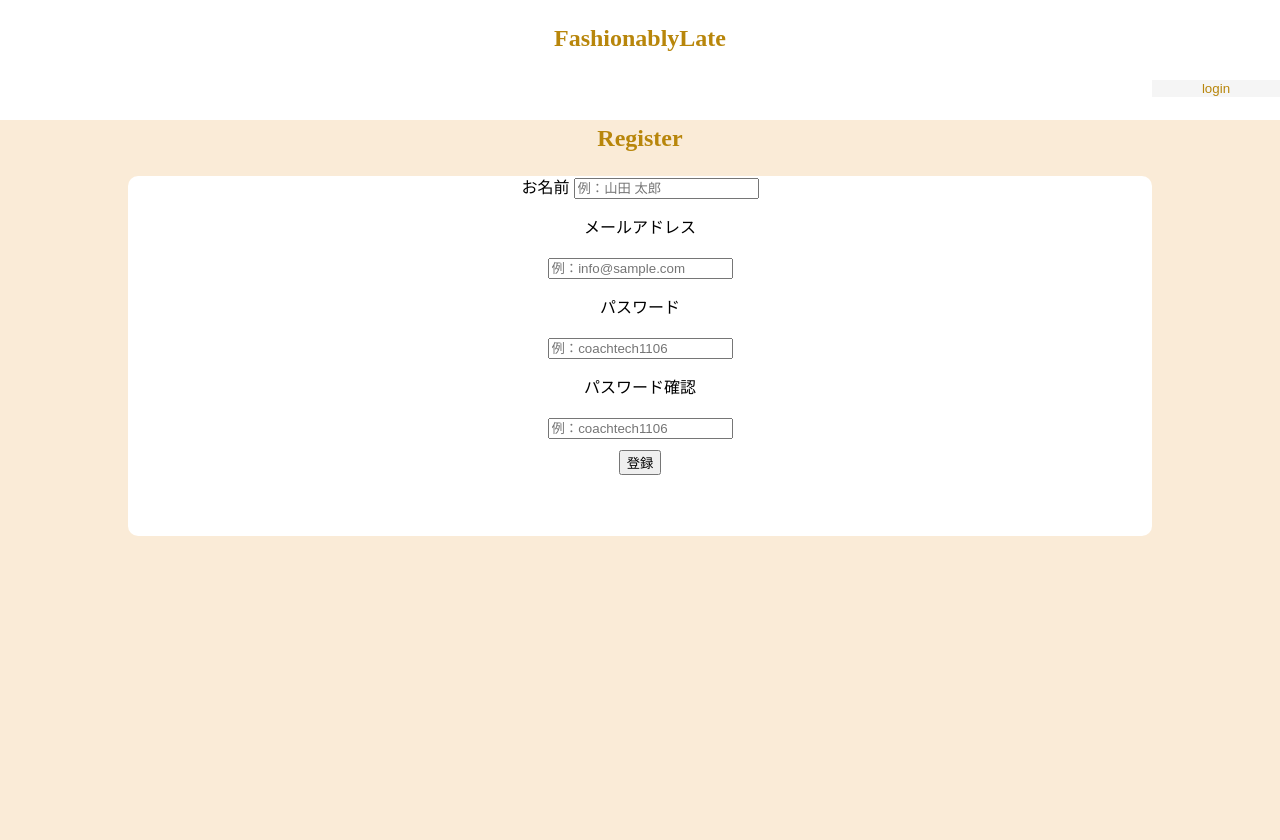
Repository: tokisiro/test-form
Page: http://localhost/register
These files come from the project's save history. The page is drawn as it stood at one moment and after the next save; the edit follows.
The browser window is 1280 px wide. The pictures show the whole page.
The page is served by the project's Laravel application, run on PHP 8.4 with Laravel 8. A made-up administrator, Test User (test@example.com), is signed in. Other server files are loaded and not shown.

Above is the page before, as saved 2025-05-07 21:00:27.

### src/routes/web.php
<?php

use Illuminate\Support\Facades\Route;
use App\Http\Controllers\ContactController;
use App\Http\Controllers\UsersController;
use Laravel\Fortify\Http\Controllers\AuthenticatedSessionController;
use Laravel\Fortify\Http\Controllers\RegisteredUserController;
/*
|--------------------------------------------------------------------------
| Web Routes
|--------------------------------------------------------------------------
|
| Here is where you can register web routes for your application. These
| routes are loaded by the RouteServiceProvider within a group which
| contains the "web" middleware group. Now create something great!
|
*/

Route::get('/',[ContactController::class, 'index']);
Route::post('/confirm',[ContactController::class, 'confirm']);
Route::post('/create',[ContactController::class, 'create']);

Route::post('/admin',[UsersController::class, 'admin']);
Route::get('/register',[UsersController::class, 'register']);




Route::middleware('auth')->group(function () {
    Route::get('/admin', [UsersController::class, 'admin']);
});

### src/app/Models/User.php
<?php

namespace App\Models;

use Illuminate\Contracts\Auth\MustVerifyEmail;
use Illuminate\Database\Eloquent\Factories\HasFactory;
use Illuminate\Foundation\Auth\User as Authenticatable;
use Illuminate\Notifications\Notifiable;
use Laravel\Sanctum\HasApiTokens;

class User extends Authenticatable
{
    use HasApiTokens, HasFactory, Notifiable;
    protected $table = 'users';

    /**
     * The attributes that are mass assignable.
     *
     * @var array<int, string>
     */
    protected $fillable = [
        'name',
        'email',
        'password',
        'remember_token',
    ];

    /**
     * The attributes that should be hidden for serialization.
     *
     * @var array<int, string>
     */
    protected $hidden = [
        'password',
        'remember_token',
    ];

    /**
     * The attributes that should be cast.
     *
     * @var array<string, string>
     */
    protected $casts = [
        'email_verified_at' => 'datetime',
    ];

    public function contacts()
{
    return $this->hasMany(Contact::class);
}
}

### src/app/Http/Controllers/UsersController.php
<?php

namespace App\Http\Controllers;

use App\Models\Category;
use App\Models\Contact;
use App\Models\User;
use Illuminate\Http\Request;
use App\Http\Requests\RegisterUserRequest;

//管理者用
class UsersController extends Controller
{
    public function register(){
        return view('register');
    }
    public function create(RegisterUserRequest $request){
        $form = $request->all();
        User::create($form);
        return view('login');
    }
    public function login(){
        return view('login');
    }
    public function admin(){


        $contacts = Contact::all()->map(function($contact) {
        switch($contact->gender) {
        case 1:
            $contact->gender_text = '男性';
            break;
        case 2:
            $contact->gender_text = '女性';
            break;
        case 3:
            $contact->gender_text = 'その他';
            break;
        default:
            $contact->gender_text = '';
            break;
        }
        // お問い合わせ内容を変換
        switch($contact->category_id) {
        case 1:
            $contact->category_name = '商品のお届けについて';
            break;
        case 2:
            $contact->category_name = '商品の交換について';
            break;
        case 3:
            $contact->category_name = '商品トラブル';
            break;
        case 4:
            $contact->category_name = 'ショップへのお問い合わせ';
            break;
        case 5:
            $contact->category_name = 'その他';
            break;
        default:
            $contact->category_name = '';
            break;
        }
        return $contact;
    });

    // もしももともと contacts がなければ空のコレクションを設定
    if ($contacts->isEmpty()) {
        $contacts = collect();
    }

    // ビューに渡す
    return view('admin', ['contacts' => $contacts]);


    }
}

### src/resources/views/register.blade.php
<!DOCTYPE html>
<html lang="ja">
<head>
    <meta charset="UTF-8">
    <meta http-equiv="X-UA-Compatible" content="IE=edge">
    <meta name="viewport" content="width=device-width, initial-scale=1.0">
    <title>FashionablyLate</title>
    <link rel="stylesheet" href="css/sanitize.css" />
    <link rel="stylesheet" href="css/register.css" />
</head>
<body>
    <!--ユーザー登録ページ-->
    <header class="header">
        <div class="header__inner">
            <a class="header__logo" href="/">
                FashionablyLate
            </a>
        </div>
        <div class="header__button">
            <a  href="/login">
                <button class="header__button-item">
                    login
                </button>
            </a>
        </div>
    </header>
    <main>
        <div class="register-form">
            <div class="register-form__title">
                <h2>Register</h2>
            </div>
            <div class="register-form__content">
                    <div class="register-form__content-item">
                        <form action="/register" method="post">
                            @csrf
                            @if (count($errors) > 0)
                            <ul>
                                @foreach ($errors->all() as $error)
                                    <li>{{$error}}</li>
                                @endforeach
                            </ul>
                        @endif
                        <div class="register-form__content-input">
                            <label>お名前</label>
                            <input type="text" name="name" value="{{ old('name') }}" placeholder="例：山田 太郎">
                        </div>
                        <div class="register-form__content-input">
                            <p>メールアドレス</p>
                            <input type="email" name="email" value="{{ old('email') }}" placeholder="例：info@sample.com">
                        </div>
                        <div class="register-form__content-input">
                            <p>パスワード</p>
                            <input type="password" name="password" placeholder="例：coachtech1106">
                        </div>
                        <div class="register-form__content-input">
                            <p>パスワード確認</p>
                            <input type="password" name="password_confirmation" placeholder="例：coachtech1106">
                        </div>
                            <div class="register-form__button">
                            <button class="register-form__button-submit" type="submit">
                                登録
                            </button>
                        </div>
                        </form>
                    </div>
                <!--ボタン類を記述-->
                </div>
            </div>
        </div>
    </main>
</body>
</html>

### src/public/css/sanitize.css
/* Document
* ========================================================================== */

/**
* Add border box sizing in all browsers (opinionated).
*/

*,
::before,
::after {
    box-sizing: border-box;
}

/**
* 1. Add text decoration inheritance in all browsers (opinionated).
* 2. Add vertical alignment inheritance in all browsers (opinionated).
*/

::before,
::after {
    vertical-align: inherit;
    /* 2 */
    text-decoration: inherit;
    /* 1 */
}

/**
* 1. Use the default cursor in all browsers (opinionated).
* 2. Change the line height in all browsers (opinionated).
* 3. Use a 4-space tab width in all browsers (opinionated).
* 4. Remove the grey highlight on links in iOS (opinionated).
* 5. Prevent adjustments of font size after orientation changes in
*    IE on Windows Phone and in iOS.
* 6. Breaks words to prevent overflow in all browsers (opinionated).
*/

html {
    word-break: break-word;
    /* 6 */
    -moz-tab-size: 4;
    /* 3 */
    tab-size: 4;
    /* 3 */
    line-height: 1.5;
    /* 2 */
    cursor: default;
    /* 1 */

    -webkit-tap-highlight-color: transparent
        /* 4 */
    ;
    -ms-text-size-adjust: 100%;
    /* 5 */
    -webkit-text-size-adjust: 100%;
    /* 5 */
}

/* Sections
* ========================================================================== */

/**
* Remove the margin in all browsers (opinionated).
*/

body {
    margin: 0;
}

/**
* Correct the font size and margin on `h1` elements within `section` and
* `article` contexts in Chrome, Edge, Firefox, and Safari.
*/

h1 {
    margin: 0.67em 0;
    font-size: 2em;
}

/* Grouping content
* ========================================================================== */

/**
* Remove the margin on nested lists in Chrome, Edge, IE, and Safari.
*/

dl dl,
dl ol,
dl ul,
ol dl,
ul dl {
    margin: 0;
}

/**
* Remove the margin on nested lists in Edge 18- and IE.
*/

ol ol,
ol ul,
ul ol,
ul ul {
    margin: 0;
}

/**
* 1. Add the correct sizing in Firefox.
* 2. Show the overflow in Edge 18- and IE.
*/

hr {
    overflow: visible;
    /* 2 */
    height: 0;
    /* 1 */
}

/**
* Add the correct display in IE.
*/

main {
    display: block;
}

/**
* Remove the list style on navigation lists in all browsers (opinionated).
*/

nav ol,
nav ul {
    padding: 0;
    list-style: none;
}

/**
* 1. Correct the inheritance and scaling of font size in all browsers.
* 2. Correct the odd `em` font sizing in all browsers.
*/

pre {
    font-size: 1em;
    /* 2 */
    font-family: monospace, monospace;
    /* 1 */
}

/* Text-level semantics
* ========================================================================== */

/**
* Remove the gray background on active links in IE 10.
*/

a {
    background-color: transparent;
}

/**
* Add the correct text decoration in Edge 18-, IE, and Safari.
*/

abbr[title] {
    text-decoration: underline;
    text-decoration: underline dotted;
}

/**
* Add the correct font weight in Chrome, Edge, and Safari.
*/

b,
strong {
    font-weight: bolder;
}

/**
* 1. Correct the inheritance and scaling of font size in all browsers.
* 2. Correct the odd `em` font sizing in all browsers.
*/

code,
kbd,
samp {
    font-size: 1em;
    /* 2 */
    font-family: monospace, monospace;
    /* 1 */
}

/**
* Add the correct font size in all browsers.
*/

small {
    font-size: 80%;
}

/* Embedded content
* ========================================================================== */

/*
* Change the alignment on media elements in all browsers (opinionated).
*/

audio,
canvas,
iframe,
img,
svg,
video {
    vertical-align: middle;
}

/**
* Add the correct display in IE 9-.
*/

audio,
video {
    display: inline-block;
}

/**
* Add the correct display in iOS 4-7.
*/

audio:not([controls]) {
    display: none;
    height: 0;
}

/**
* Remove the border on iframes in all browsers (opinionated).
*/

iframe {
    border-style: none;
}

/**
* Remove the border on images within links in IE 10-.
*/

img {
    border-style: none;
}

/**
* Change the fill color to match the text color in all browsers (opinionated).
*/

svg:not([fill]) {
    fill: currentColor;
}

/**
* Hide the overflow in IE.
*/

svg:not(:root) {
    overflow: hidden;
}

/* Tabular data
* ========================================================================== */

/**
* Collapse border spacing in all browsers (opinionated).
*/

table {
    border-collapse: collapse;
}

/* Forms
* ========================================================================== */

/**
* Remove the margin on controls in Safari.
*/

button,
input,
select {
    margin: 0;
}

/**
* 1. Show the overflow in IE.
* 2. Remove the inheritance of text transform in Edge 18-, Firefox, and IE.
*/

button {
    overflow: visible;
    /* 1 */
    text-transform: none;
    /* 2 */
}

/**
* Correct the inability to style buttons in iOS and Safari.
*/

button,
[type="button"],
[type="reset"],
[type="submit"] {
    -webkit-appearance: button;
}

/**
* 1. Change the inconsistent appearance in all browsers (opinionated).
* 2. Correct the padding in Firefox.
*/

fieldset {
    padding: 0.35em 0.75em 0.625em;
    /* 2 */
    border: 1px solid #a0a0a0;
    /* 1 */
}

/**
* Show the overflow in Edge 18- and IE.
*/

input {
    overflow: visible;
}

/**
* 1. Correct the text wrapping in Edge 18- and IE.
* 2. Correct the color inheritance from `fieldset` elements in IE.
*/

legend {
    display: table;
    /* 1 */
    max-width: 100%;
    /* 1 */
    color: inherit;
    /* 2 */
    white-space: normal;
    /* 1 */
}

/**
* 1. Add the correct display in Edge 18- and IE.
* 2. Add the correct vertical alignment in Chrome, Edge, and Firefox.
*/

progress {
    display: inline-block;
    /* 1 */
    vertical-align: baseline;
    /* 2 */
}

/**
* Remove the inheritance of text transform in Firefox.
*/

select {
    text-transform: none;
}

/**
* 1. Remove the margin in Firefox and Safari.
* 2. Remove the default vertical scrollbar in IE.
* 3. Change the resize direction in all browsers (opinionated).
*/

textarea {
    overflow: auto;
    /* 2 */
    margin: 0;
    /* 1 */
    resize: vertical;
    /* 3 */
}

/**
* Remove the padding in IE 10-.
*/

[type="checkbox"],
[type="radio"] {
    padding: 0;
}

/**
* 1. Correct the odd appearance in Chrome, Edge, and Safari.
* 2. Correct the outline style in Safari.
*/

[type="search"] {
    outline-offset: -2px;
    /* 2 */

    -webkit-appearance: textfield;
    /* 1 */
}

/**
* Correct the cursor style of increment and decrement buttons in Safari.
*/

::-webkit-inner-spin-button,
::-webkit-outer-spin-button {
    height: auto;
}

/**
* Correct the text style of placeholders in Chrome, Edge, and Safari.
*/

::-webkit-input-placeholder {
    color: inherit;
    opacity: 0.54;
}

/**
* Remove the inner padding in Chrome, Edge, and Safari on macOS.
*/

::-webkit-search-decoration {
    -webkit-appearance: none;
}

/**
* 1. Correct the inability to style upload buttons in iOS and Safari.
* 2. Change font properties to `inherit` in Safari.
*/

::-webkit-file-upload-button {
    font: inherit;
    /* 2 */

    -webkit-appearance: button;
    /* 1 */
}

/**
* Remove the inner border and padding of focus outlines in Firefox.
*/

::-moz-focus-inner {
    padding: 0;
    border-style: none;
}

/**
* Restore the focus outline styles unset by the previous rule in Firefox.
*/

:-moz-focusring {
    outline: 1px dotted ButtonText;
}

/**
* Remove the additional :invalid styles in Firefox.
*/

:-moz-ui-invalid {
    box-shadow: none;
}

/* Interactive
* ========================================================================== */

/*
* Add the correct display in Edge 18- and IE.
*/

details {
    display: block;
}

/*
* Add the correct styles in Edge 18-, IE, and Safari.
*/

dialog {
    position: absolute;
    right: 0;
    left: 0;
    display: block;
    margin: auto;
    padding: 1em;
    width: -moz-fit-content;
    width: -webkit-fit-content;
    width: fit-content;
    height: -moz-fit-content;
    height: -webkit-fit-content;
    height: fit-content;
    border: solid;
    background-color: white;
    color: black;
}

dialog:not([open]) {
    display: none;
}

/*
* Add the correct display in all browsers.
*/

summary {
    display: list-item;
}

/* Scripting
* ========================================================================== */

/**
* Add the correct display in IE 9-.
*/

canvas {
    display: inline-block;
}

/**
* Add the correct display in IE.
*/

template {
    display: none;
}

/* User interaction
* ========================================================================== */

/*
* 1. Remove the tapping delay in IE 10.
* 2. Remove the tapping delay on clickable elements
in all browsers (opinionated).
*/

a,
area,
button,
input,
label,
select,
summary,
textarea,
[tabindex] {
    -ms-touch-action: manipulation;
    /* 1 */
    touch-action: manipulation;
    /* 2 */
}

/**
* Add the correct display in IE 10-.
*/

[hidden] {
    display: none;
}

/* Accessibility
* ========================================================================== */

/**
* Change the cursor on busy elements in all browsers (opinionated).
*/

[aria-busy="true"] {
    cursor: progress;
}

/*
* Change the cursor on control elements in all browsers (opinionated).
*/

[aria-controls] {
    cursor: pointer;
}

/*
* Change the cursor on disabled, not-editable, or otherwise
* inoperable elements in all browsers (opinionated).
*/

[aria-disabled="true"],
[disabled] {
    cursor: not-allowed;
}

/*
* Change the display on visually hidden accessible elements
* in all browsers (opinionated).
*/

[aria-hidden="false"][hidden] {
    display: initial;
}

[aria-hidden="false"][hidden]:not(:focus) {
    position: absolute;
    clip: rect(0, 0, 0, 0);
}

### src/public/css/register.css

.header {
    background-color: white;

}

.header__inner
{
    margin: 0 auto;
    padding: 20px 15px;
    max-width: 1230px;
    text-align: center;
}

.header__logo {
    color: #B8860B;
    text-decoration: none;
    font-weight: bold;
    font-size: 24px;
    font-family: serif;
}

.header__button{
    position: relative;
    text-align: right;
}

.header__button-item{
    color: #B8860B;
    background-color: whitesmoke;
    border: 1px;
    border-color: #B8860B;
    width: 10%;
    cursor: pointer;
}


.register-form {
    background-color: antiquewhite;
    height: 100vh;
    text-align: center;
}

.register-form__title{
    color: #B8860B;
    font-family: serif;
}

.register-form__content{
    background-color: white;
    width: 80%;
    height: 50%;
    margin: 0 auto;
    border-radius: 10px;
}

.register-form__content-input{
    margin: 10px auto;
}

Loaded but not shown: src/app/Http/Controllers/Controller.php (common file)

After the next save:
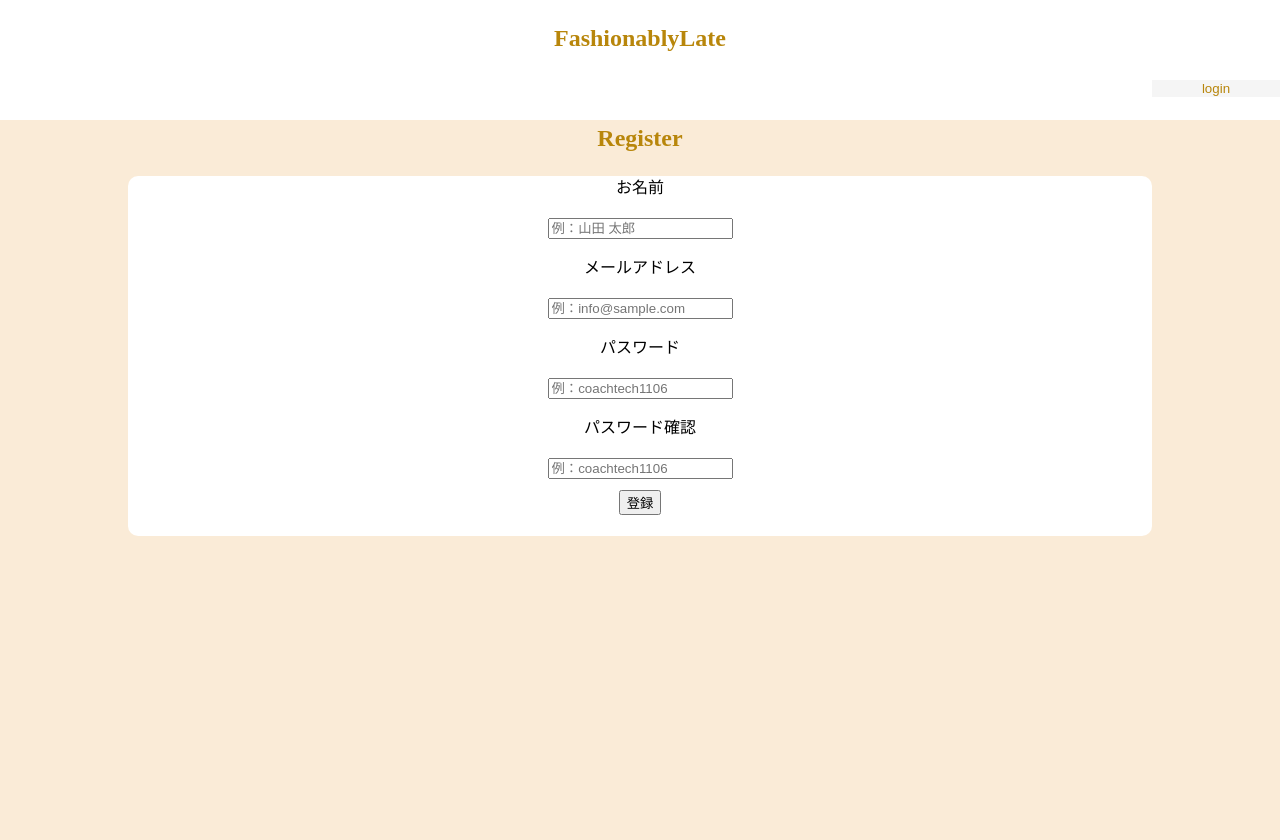
Saved 9 s later.
--- a/src/resources/views/register.blade.php
+++ b/src/resources/views/register.blade.php
@@ -41,7 +41,7 @@
                             </ul>
                         @endif
                         <div class="register-form__content-input">
-                            <label>お名前</label>
+                            <p>お名前</p>
                             <input type="text" name="name" value="{{ old('name') }}" placeholder="例：山田 太郎">
                         </div>
                         <div class="register-form__content-input">
